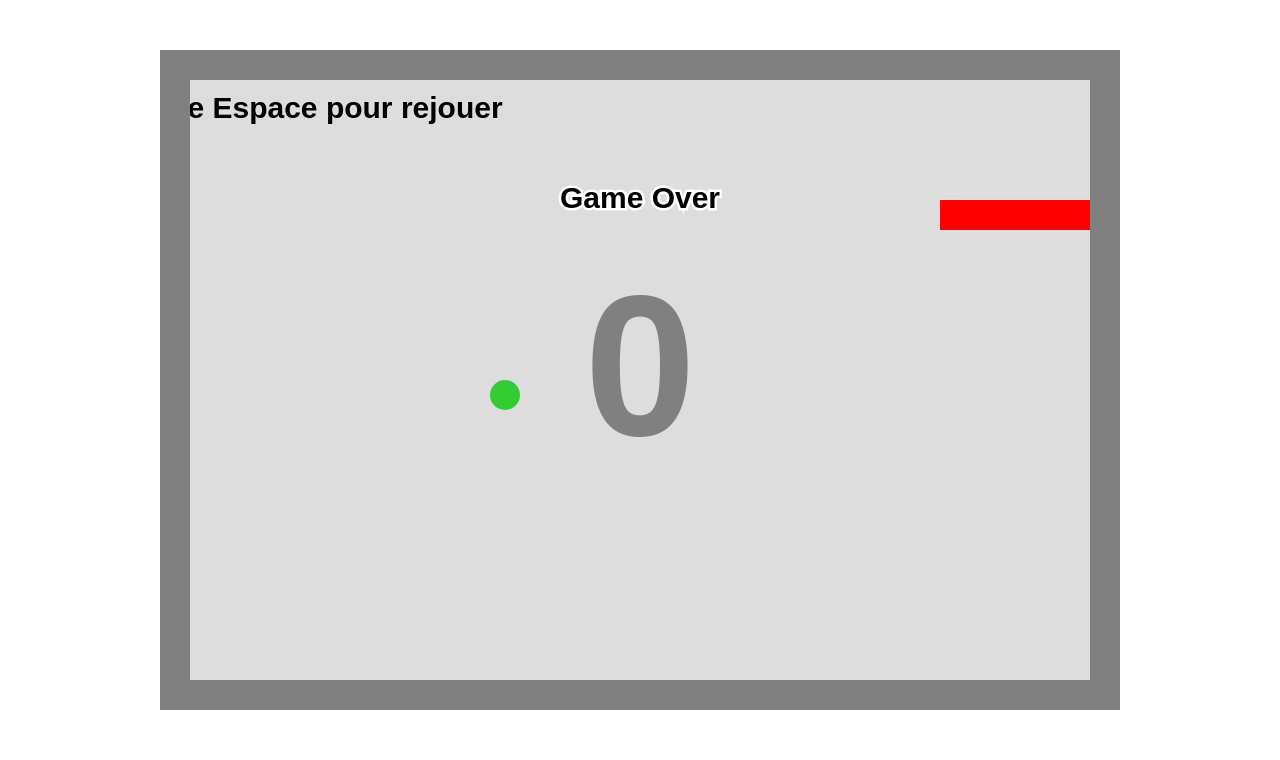
Repository: 0Memo/serpent
Page: index.html
The author's editor kept a copy of each file at every save. The page is drawn from the files as they stood at one save, then again after the next save.
The browser window is 1280 px wide. The pictures show the whole page.

Above is the page before, as saved 2020-12-16 22:22:12.

After the next save:
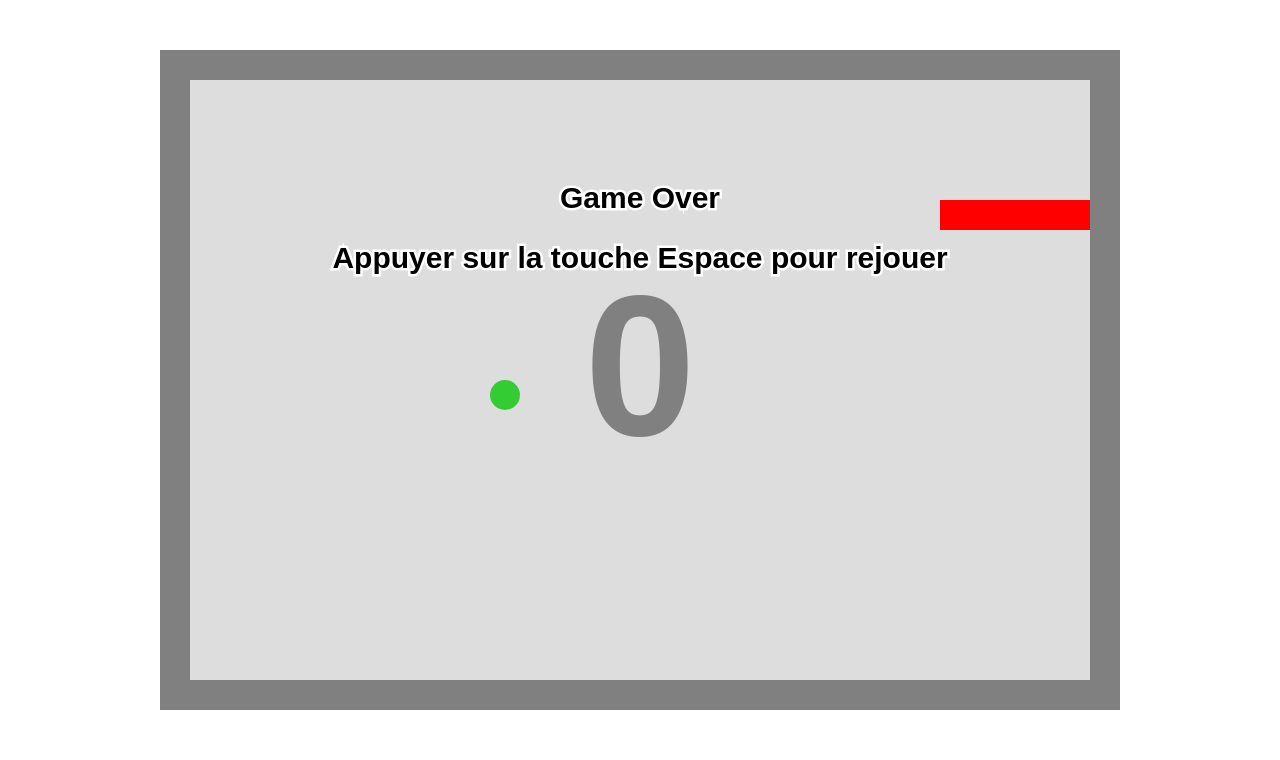
Saved 48 s later.
--- a/js/script.js
+++ b/js/script.js
@@ -67,7 +67,8 @@ window.onload = function(){
         var centreY = canvasHeight / 2;
         ctx.strokeText("Game Over", centreX, centreY - 180);
         ctx.fillText("Game Over", centreX, centreY - 180);
-        ctx.fillText("Appuyer sur la touche Espace pour rejouer", 5, 30);
+        ctx.strokeText("Appuyer sur la touche Espace pour rejouer", centreX, centreY - 120);
+        ctx.fillText("Appuyer sur la touche Espace pour rejouer", centreX, centreY -120);
         ctx.restore();
     }
 
